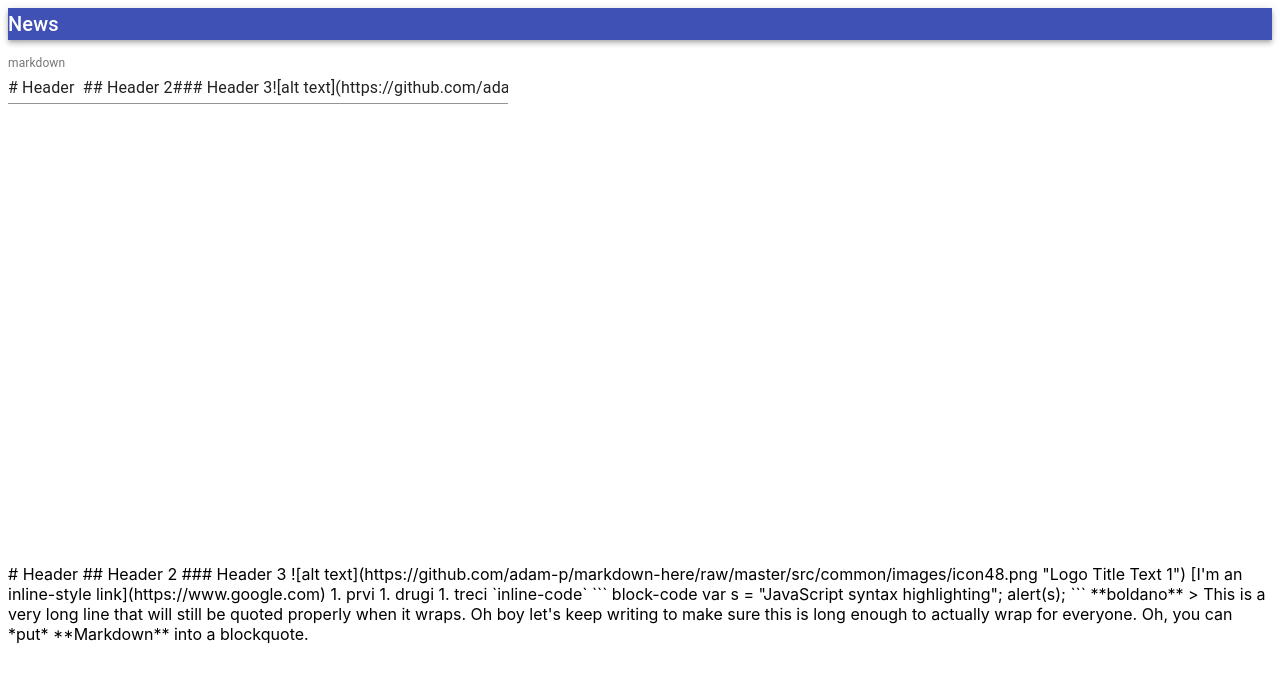
Repository: milac0/markdown-previewer
Page: /
The author's editor kept a copy of each file at every save. The page is drawn from the files as they stood at one save, then again after a run of saves.
The browser window is 1280 px wide. The pictures show the whole page.
The project was rebuilt for these pictures with package versions that can differ from the ones it lists, and the page was loaded fresh each time.

Above is the page before, as saved 2019-10-22 15:04:42.

After the next 2 saves:
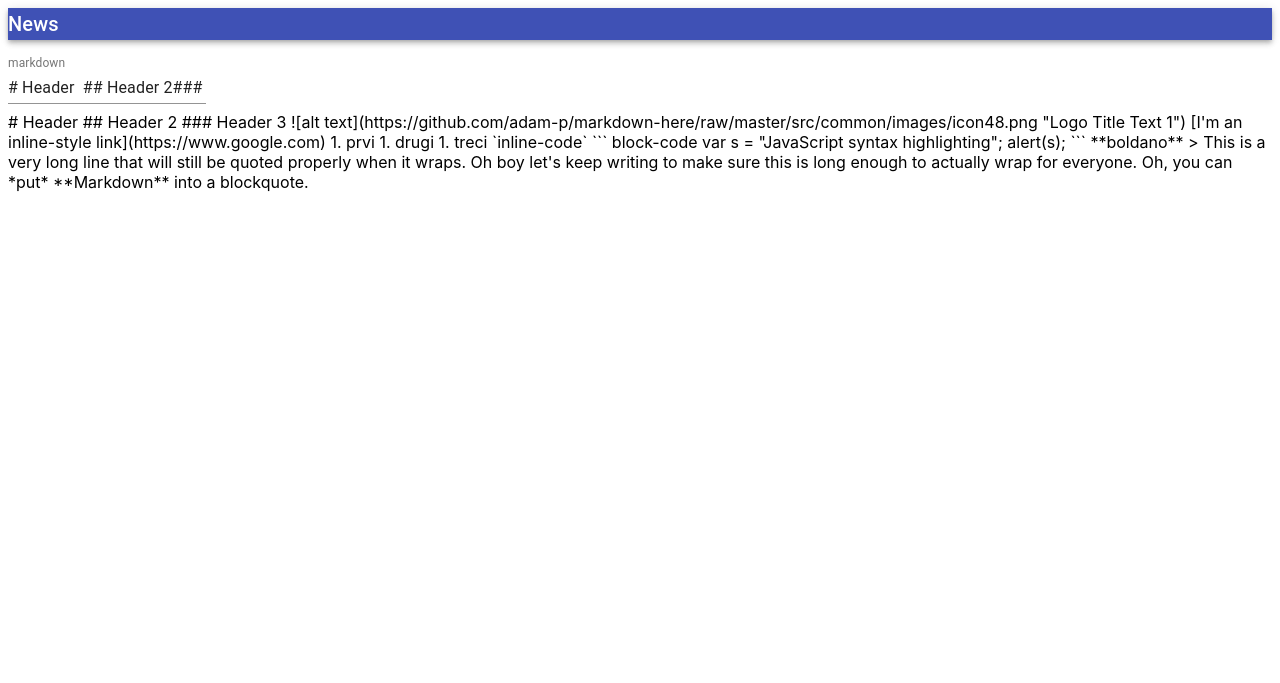
The 2 saves are shown as one change because 1 did not build or start.
The last was saved 16 s later.
--- a/src/App.js
+++ b/src/App.js
@@ -30,7 +30,7 @@ const App = () => {
       <Grid container>
         <Grid item>
         <TextField
-        style={{width: 500, height: 500}}
+        style={{width: '90%'}}
         fullWidth
         label="markdown"
         value={markdown}
